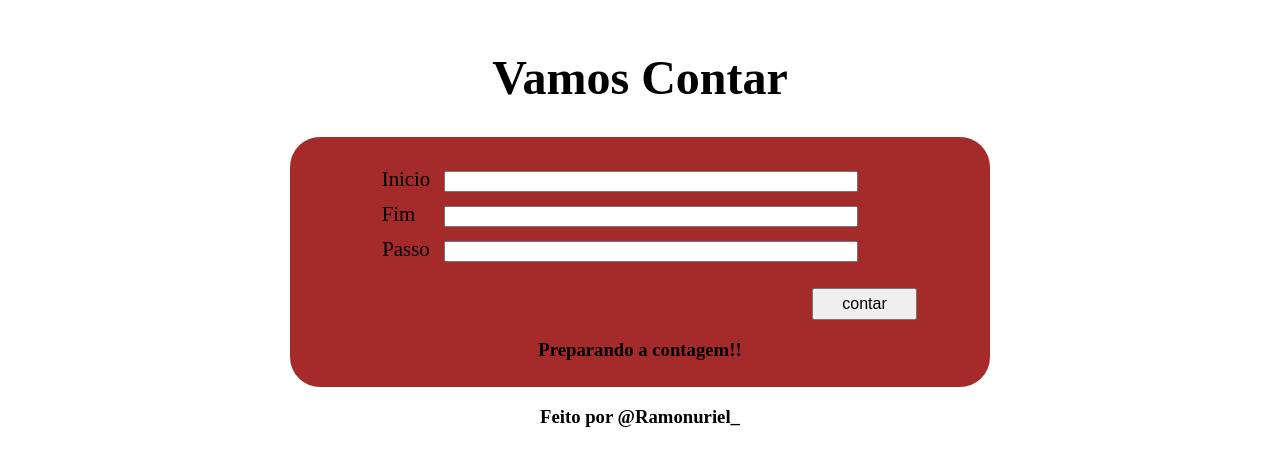
Repository: Ramonuriel/JS-Projetos
Page: Contador automatico/exercicio.html
The author's editor kept a copy of each file at every save. The page is drawn from the files as they stood at one save, then again after the next save.
The browser window is 1280 px wide. The pictures show the whole page.

Above is the page before, as saved 2022-12-27 21:15:49.

After the next save:
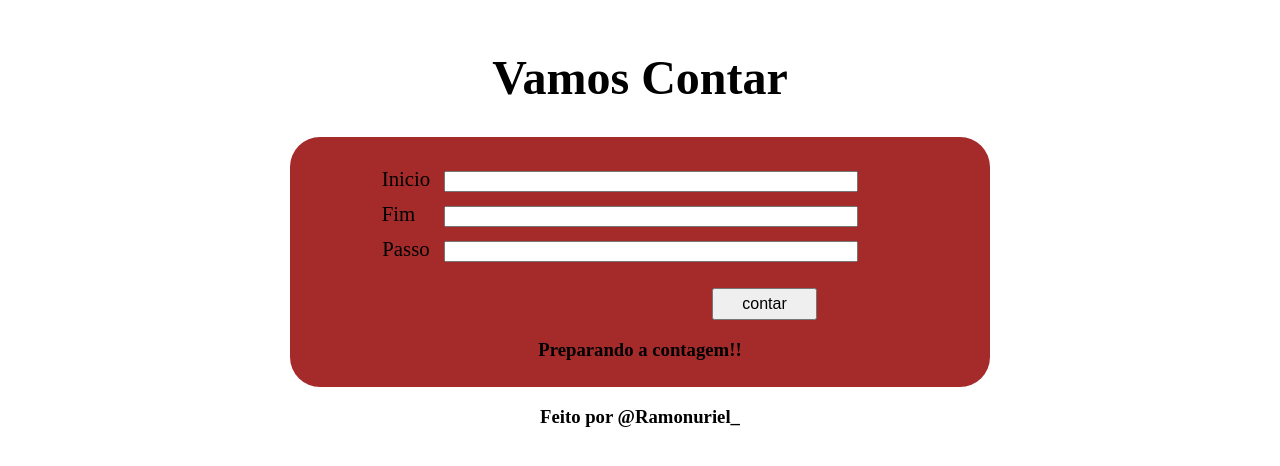
Saved 4 s later.
--- a/Contador automatico/style.css
+++ b/Contador automatico/style.css
@@ -49,7 +49,7 @@ input {
 
 .btn {
   font-size: 1rem;
-  margin-left: 522px;
+  margin-left: 422px;
   width: 15%;
   height: 2rem;
   cursor: pointer;
